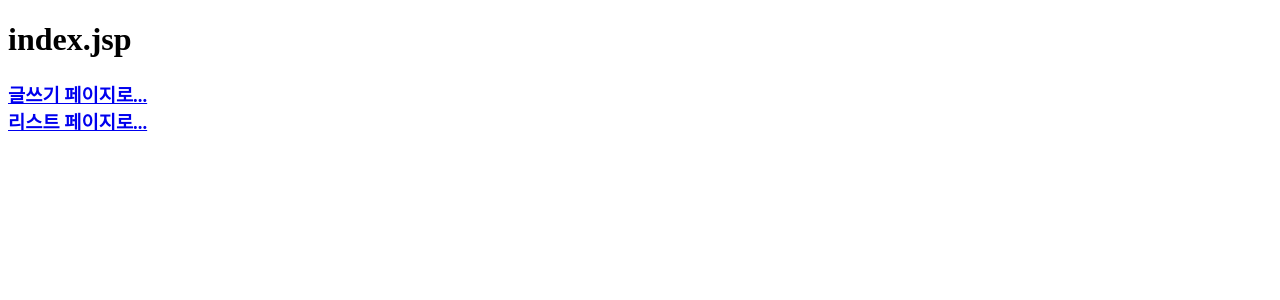
Repository: HaeunOh/study
Page: http://localhost/jsp_study/
The author's editor kept a copy of each file at every save. The page is drawn from the files as they stood at one save, then again after the next save.
The browser window is 1280 px wide. The pictures show the whole page.
The page is served by Tomcat 9.

Above is the page before, as saved 2024-04-15 01:10:13.

After the next save:
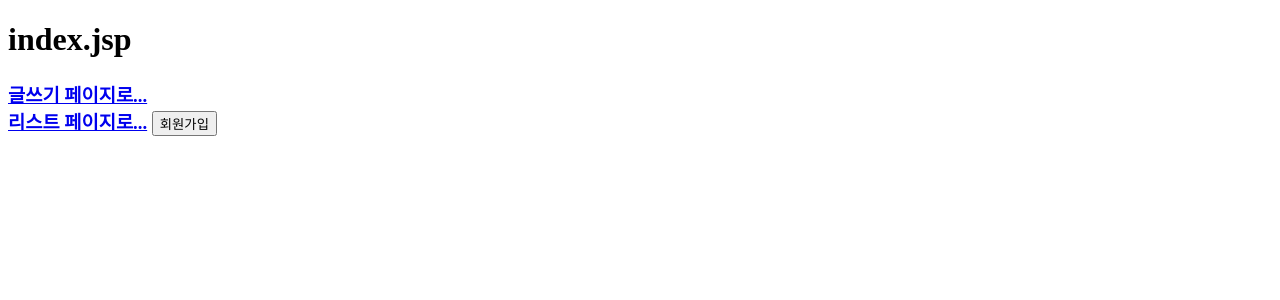
Saved 2 min 36 s later.
--- a/_jsp_workspace/jsp_study/src/main/webapp/index.jsp
+++ b/_jsp_workspace/jsp_study/src/main/webapp/index.jsp
@@ -11,6 +11,7 @@
 	<h3>
 		<a href="/brd/register">글쓰기 페이지로...</a> <br>
 		<a href="/brd/list">리스트 페이지로...</a>
+		<a> <button type="button">회원가입</button> </a>
 	</h3>
 </body>
 </html>
